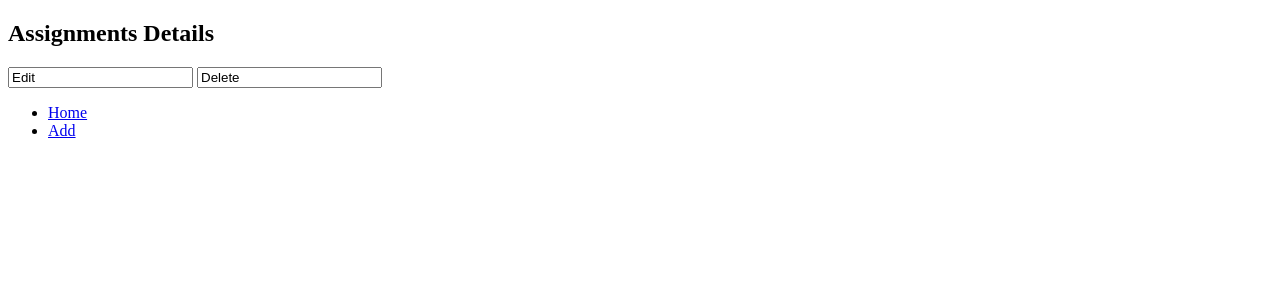
Repository: jmbburg26/ASD
Page: asdcouch/app/_attachments/assignment.html
An editor plug-in stored every save of this project. The page is shown before and after the next save, followed by the edit.
The browser window is 1280 px wide. The pictures show the whole page.

Above is the page before, as saved 2013-05-03 01:07:12.

### asdcouch/app/_attachments/assignment.html
<!DOCTYPE html>
<html>
	<head>
		<meta charset="utf-8" />
		<title>Saved Assignments</title>
	</head>
	<body>
		<!--Edit Item Page-->
		<div id="edit" data-role="page" data-add-back-btn="true">
			<section data-role="header" data-position="fixed">
				<header>
					<h1>Assignments Details</h1>
				</header>
			</section>
			<div data-role="content" class="ui-body">
				<ul id="c" data-role="listview">
				</ul>
				<div>
					<input type="edit" value="Edit" data-inline="true" data-theme="b" />
					<input type="delete" value="Delete" data-inline="true" data-mini="true" />
				</div>
			</div>
			<div data-role="footer" data-position="fixed" data-id="home" data-theme="b">
				<div data-role="navbar">
					<ul>
						<li><a href="#home" data-icon="home">Home</a></li>
						<li><a href="#add" data-icon="plus">Add</a></li>
					</ul>
				</div>
			</div>
		</div>
	</body>
</html>

After the next save:
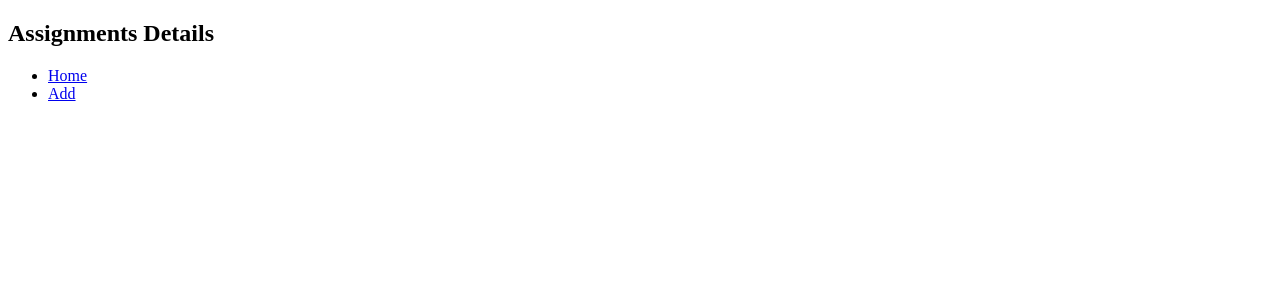
Saved 61 s later.
--- a/asdcouch/app/_attachments/assignment.html
+++ b/asdcouch/app/_attachments/assignment.html
@@ -15,10 +15,6 @@
 			<div data-role="content" class="ui-body">
 				<ul id="c" data-role="listview">
 				</ul>
-				<div>
-					<input type="edit" value="Edit" data-inline="true" data-theme="b" />
-					<input type="delete" value="Delete" data-inline="true" data-mini="true" />
-				</div>
 			</div>
 			<div data-role="footer" data-position="fixed" data-id="home" data-theme="b">
 				<div data-role="navbar">
